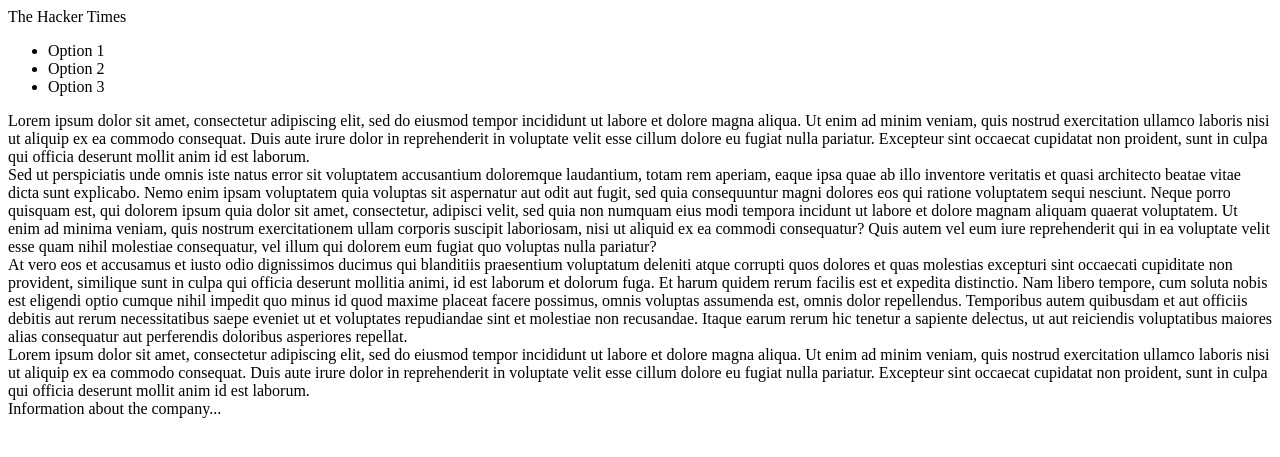
Repository: HackerUSA-CE/CSS-My-CSS-Garden
Page: index.html
The author's editor kept a copy of each file at every save. The page is drawn from the files as they stood at one save, then again after the next save.
The browser window is 1280 px wide. The pictures show the whole page.

Above is the page before, as saved 2020-12-02 11:16:46.

### index.html
<!DOCTYPE html>
<html>

<head>
    <title>The Hacker Times</title>
</head>

<body>
    <header>
        The Hacker Times
    </header>
    <nav>
        <Ul>
            <Li>
                Option 1
            </Li>
            <Li>
                Option 2
            </Li>
            <Li>
                Option 3
            </Li>
        </Ul>
    </nav>
    <aside>
        Lorem ipsum dolor sit amet, consectetur adipiscing elit, sed do eiusmod tempor incididunt ut labore et dolore magna aliqua. Ut enim ad minim veniam, quis nostrud exercitation ullamco laboris nisi ut aliquip ex ea commodo consequat. Duis aute irure dolor
        in reprehenderit in voluptate velit esse cillum dolore eu fugiat nulla pariatur. Excepteur sint occaecat cupidatat non proident, sunt in culpa qui officia deserunt mollit anim id est laborum.
    </aside>
    <section>
        Sed ut perspiciatis unde omnis iste natus error sit voluptatem accusantium doloremque laudantium, totam rem aperiam, eaque ipsa quae ab illo inventore veritatis et quasi architecto beatae vitae dicta sunt explicabo. Nemo enim ipsam voluptatem quia voluptas
        sit aspernatur aut odit aut fugit, sed quia consequuntur magni dolores eos qui ratione voluptatem sequi nesciunt. Neque porro quisquam est, qui dolorem ipsum quia dolor sit amet, consectetur, adipisci velit, sed quia non numquam eius modi tempora
        incidunt ut labore et dolore magnam aliquam quaerat voluptatem. Ut enim ad minima veniam, quis nostrum exercitationem ullam corporis suscipit laboriosam, nisi ut aliquid ex ea commodi consequatur? Quis autem vel eum iure reprehenderit qui in ea
        voluptate velit esse quam nihil molestiae consequatur, vel illum qui dolorem eum fugiat quo voluptas nulla pariatur?

        <article>
            At vero eos et accusamus et iusto odio dignissimos ducimus qui blanditiis praesentium voluptatum deleniti atque corrupti quos dolores et quas molestias excepturi sint occaecati cupiditate non provident, similique sunt in culpa qui officia deserunt mollitia
            animi, id est laborum et dolorum fuga. Et harum quidem rerum facilis est et expedita distinctio. Nam libero tempore, cum soluta nobis est eligendi optio cumque nihil impedit quo minus id quod maxime placeat facere possimus, omnis voluptas
            assumenda est, omnis dolor repellendus. Temporibus autem quibusdam et aut officiis debitis aut rerum necessitatibus saepe eveniet ut et voluptates repudiandae sint et molestiae non recusandae. Itaque earum rerum hic tenetur a sapiente delectus,
            ut aut reiciendis voluptatibus maiores alias consequatur aut perferendis doloribus asperiores repellat.
        </article>
    </section>
    <aside>
        Lorem ipsum dolor sit amet, consectetur adipiscing elit, sed do eiusmod tempor incididunt ut labore et dolore magna aliqua. Ut enim ad minim veniam, quis nostrud exercitation ullamco laboris nisi ut aliquip ex ea commodo consequat. Duis aute irure dolor
        in reprehenderit in voluptate velit esse cillum dolore eu fugiat nulla pariatur. Excepteur sint occaecat cupidatat non proident, sunt in culpa qui officia deserunt mollit anim id est laborum.
    </aside>
    <footer>
        Information about the company...
    </footer>
</body>

</html>

After the next save:
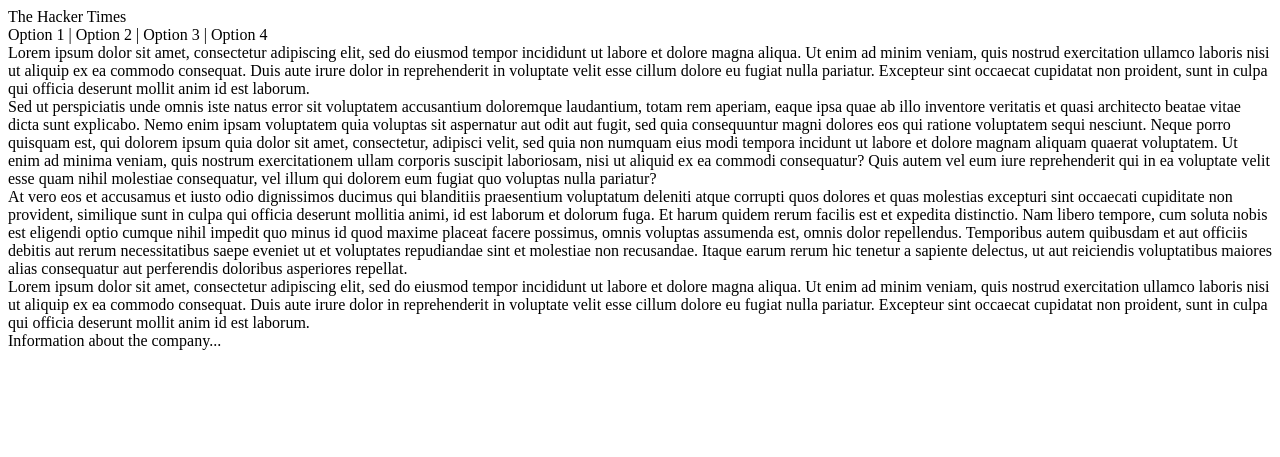
Saved 4 min 10 s later.
--- a/index.html
+++ b/index.html
@@ -10,17 +10,10 @@
         The Hacker Times
     </header>
     <nav>
-        <Ul>
-            <Li>
-                Option 1
-            </Li>
-            <Li>
-                Option 2
-            </Li>
-            <Li>
-                Option 3
-            </Li>
-        </Ul>
+        <a>Option 1</a> |
+        <a>Option 2</a> |
+        <a>Option 3</a> |
+        <a>Option 4</a>
     </nav>
     <aside>
         Lorem ipsum dolor sit amet, consectetur adipiscing elit, sed do eiusmod tempor incididunt ut labore et dolore magna aliqua. Ut enim ad minim veniam, quis nostrud exercitation ullamco laboris nisi ut aliquip ex ea commodo consequat. Duis aute irure dolor
